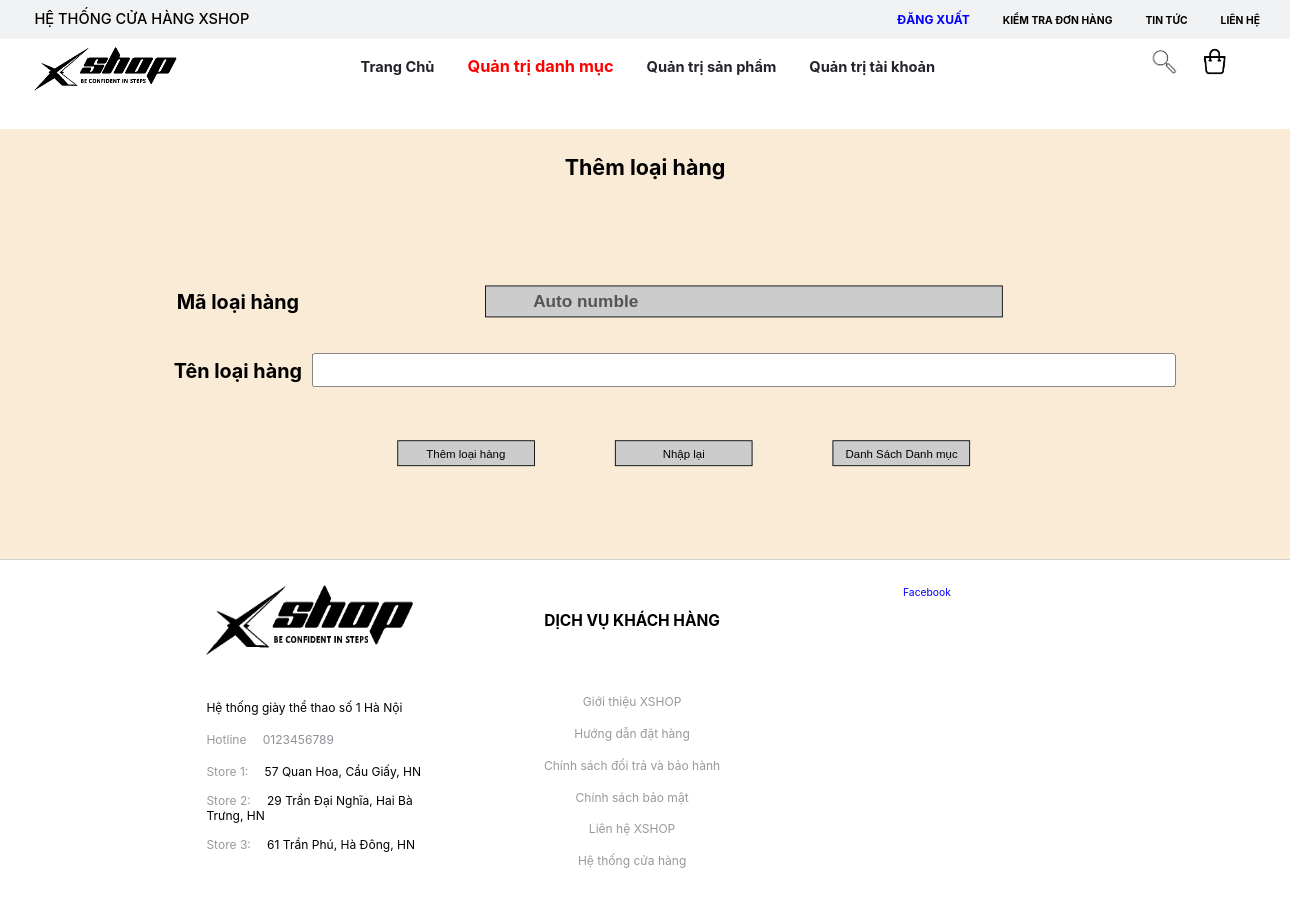
Repository: tienaq123/dam
Page: http://localhost/ass/ad/themdanhmuc.php
An editor plug-in stored every save of this project. The page is shown before and after the next save, followed by the edit.
The browser window is 1280 px wide. The page is 1500 px wide, so the pictures cover 1500 px, including what lies to the right of the window. The pictures show the whole page, at 86% of full size.
The page is run by PHP 8.4 with error messages shown; the project is at /var/www/html/.

Above is the page before, as saved 2021-10-21 03:55:58.

### ad/themdanhmuc.php
<!DOCTYPE html>
<html lang="en">

<head>
    <meta charset="UTF-8">
    <meta http-equiv="X-UA-Compatible" content="IE=edge">
    <meta name="viewport" content="width=device-width, initial-scale=1.0">
    <title>Document</title>
    <link rel="stylesheet" href="../css/themdm.css">
</head>
<style>
    .main {
        margin-left: 200px;

    }
</style>

<body>


    <div id="wapper">

        <div id="topbar">
            <a href="#">
                <h2> HỆ THỐNG CỬA HÀNG XSHOP</h2>
            </a>
            <ul>
                <li><a class="active" style="color:blue; font-size: 14px;" href="../logout.php">ĐĂNG XUẤT</a></li>
                <li><a href="product.php">KIỂM TRA ĐƠN HÀNG</a></li>
                <li><a href="product.php">TIN TỨC</a></li>
                <li><a href="product.php">LIÊN HỆ</a></li>
            </ul>
        </div>
        <header id="header">
            <div id="logo">
                <a href="http://localhost/ass/"> <img src="../img/logo.png" alt="Logo"></a>
            </div>
            <div class="menu">
                <ul>
                    <li><a href="../home.php">Trang Chủ</a></li>
                    <li><a href="quantridanhmuc.php" style="color: red; font-size: 19px;">Quản trị danh mục</a></li>
                    <li><a href="quantrisanpham.php">Quản trị sản phẩm</a></li>
                    <li><a href="quantritaikhoan.php">Quản trị tài khoản</a></li>
                    <div id="nav">
                        <a href="product.php"> <img src="../img/search.png" alt=""></a>
                        <a href="product.php"><img src="../img/giohang.png" alt=""></a>
                    </div>
                </ul>

            </div>

        </header>

        <!-- END HEADER -->

        <main>
            <h2 style="font-size: 25px; padding-top: 30px; margin-left: 0px; margin-bottom: 100px;">Thêm loại hàng</h2>
            <form action="" method="POST">
                <table class="main">
                    <tr>
                        <td>
                            <Span style="font-size: 23px; font-weight:bold;">Mã loại hàng </Span>
                        </td>
                        <td>
                            <input style="margin: 20px 0px 20px 10px;  width: 600px; height: 35px; font-weight:bold; font-size: 20px; background-color: #ccc; border: 1px solid #000;" type="text" name="tendanhmuc" value="          Auto numble" disabled> <br>
                        </td>
                    </tr>
                    </tr>
                    <tr>
                        <td>
                            <Span style="font-size: 23px; font-weight:bold;">Tên loại hàng </Span>
                        </td>
                        <td>
                            <input style="margin: 20px 0px 20px 10px;  width: 1000px; height: 35px; font-weight:bold;" type="text" name="tendanhmuc"> <br>
                        </td>
                    </tr>


                </table>
                <input style="background-color: #ccc; width: 160px; height: 30px; margin:40px 0px 20px 90px; border: 1px solid #000;" type="submit" value="Thêm loại hàng" name="btn">
                <input style="background-color: #ccc; width: 160px; height: 30px; margin:40px 0px 20px 90px; border: 1px solid #000;" type="reset" value="Nhập lại" name="btn">

                <button style="background-color: #ccc; width: 160px; height: 30px; margin:40px 0px 20px 90px;border: 1px solid #000;"><a style="color: #000;" href="quantridanhmuc.php">Danh Sách Danh mục</a></button>

                <!-- <input style="margin: 20px 0px 20px 10px; " type="text" name="tendanhmuc"> <br>
                <input style="background-color: #ccc; width: 160px; height: 30px; margin:0px 0px 20px 90px;" type="submit" value="Thêm danh mục" name="btn"> -->
            </form>
            <?php
            include '../db.php';
            if (isset($_POST['btn'])) {
                $tendanhmuc = $_POST['tendanhmuc'];
                $sql = "insert into danhmuc values(null, '$tendanhmuc')";
                $kq = $conn->exec($sql);
                if ($kq == 1)
                    // echo "Thêm thành công danh mục!";
                    header("location:quantridanhmuc.php");
                else
                    echo "Không thêm được";
            }
            ?>
        </main>

        <!-- END MAIN -->

        <footer id="footer">
            <div id="logo_footer">
                <a href="#"><img src="../img/logo.png" alt=""></a>
                <p>Hệ thống giày thể thao số 1 Hà Nội</p>
                <p class="hotline"><span>Hotline</span> <a href="#">0123456789</a></p>
                <p><span>Store 1:</span> 57 Quan Hoa, Cầu Giấy, HN <br> <br> <span>Store 2:</span> 29 Trần Đại Nghĩa,
                    Hai Bà Trưng, HN <br> <br><span>Store 3:</span> 61
                    Trần Phú, Hà Đông, HN <br> <br> </p>
            </div>
            <div id="dichvu">
                <h2>DỊCH VỤ KHÁCH HÀNG</h2>
                <p><a href="#">Giới thiệu XSHOP</a> <br> </p>
                <p><a href="#">Hướng dẫn đặt hàng</a> <br> </p>
                <p><a href="#">Chính sách đổi trả và bảo hành</a> <br> </p>
                <p><a href="#">Chính sách bảo mật</a> <br> </p>
                <p><a href="#">Liên hệ XSHOP</a> <br> </p>
                <p><a href="#">Hệ thống cửa hàng</a></p>
            </div>

            <div id="facebook">
                <div id="fb-root"></div>
                <script async defer crossorigin="anonymous" src="https://connect.facebook.net/vi_VN/sdk.js#xfbml=1&version=v10.0&appId=256623368880552&autoLogAppEvents=1" nonce="aj8H3wq8"></script>
                <div class="fb-page" data-href="https://www.facebook.com/facebook" data-tabs="timeline" data-width="250" data-height="300" data-small-header="false" data-adapt-container-width="true" data-hide-cover="false" data-show-facepile="true">
                    <blockquote cite="https://www.facebook.com/facebook" class="fb-xfbml-parse-ignore"><a href="https://www.facebook.com/facebook">Facebook</a></blockquote>
                </div>
            </div>
        </footer>
    </div>
</body>

</html>

### db.php
<?php
    try {
        $conn=new PDO("mysql:host=localhost; dbname=dam;charset=utf8", "root", "");
    } catch (PDOException $e) {
        echo "Lỗi kết nối";
    }

### css/themdm.css
* {
    margin: 0;
    padding: 0;
}

body {
    font-family: -apple-system, BlinkMacSystemFont, 'Segoe UI', Roboto, Oxygen, Ubuntu, Cantarell, 'Open Sans', 'Helvetica Neue', sans-serif;
    font-size: 12px;
}

a {
    text-decoration: none;
    color: blue;
    list-style: none;
}

/* a:hover{
color: white;
} */

img {
    border: 0px;
}

header,
nav,
section,
aside,
article,
footer,
figure {
    display: block;
}

/* code page */

#wapper {
    width: 1500px;
    margin: auto;
    ;
    overflow: hidden;
}

#topbar {
    width: 1500px;
    height: 45px;
    background-color: #f1f2f4;
    float: left;
}

#topbar h2 {
    font-size: 17px;
    font-weight: 500;
    line-height: 45px;
    margin-left: 40px;
    color: #000;
    float: left;
}

#topbar ul {
    float: right;
}

#topbar ul li {
    display: inline-block;
    line-height: 45px;
    margin-right: 35px;
}

#topbar ul li a {
    color: #000;
    font-weight: bolder;
}

#topbar ul li a:hover {
    color: #775454;
}

#topbar ul li .active {
    color: cornflowerblue;
    font-size: 14px;
}

#header {
    width: 100%;
    height: 100px;
    background-color: #ffffff;
    padding: 10px 0 40px 0;
}

#header #logo img {
    float: left;
    width: 165px;
    height: 50px;
    color: #000;
    margin: 10px 0 0 40px;
}

#header .menu ul {
    text-align: center;
    margin-right: 50px;
    line-height: 66px;
}

#header .menu ul li {
    display: inline-block;
    margin-right: 35px;
}

#header .menu ul li a {
    font-size: 17px;
    font-weight: bold;
    color: #23232c;
}

#header .menu ul li a:hover {
    color: red;
}

#nav {
    float: right;
    line-height: 80px;
}

#nav img {
    width: 35px;
    height: 35px;
    margin-right: 20px;
}



main {
    text-align: center;
    min-height: 500px;
    background: antiquewhite;
}

.main{
    margin-left: 200px;
}



#footer {
    width: 1500px;
    border-top: 1px solid #ccc;
    display: grid;
    grid-template-columns: 1fr 1fr 1fr;
}

#footer #logo_footer {
    float: left;
}

#footer #logo_footer img {
    width: 240px;
    height: 80px;
    margin: 30px 0 30px 240px;
}

#footer #logo_footer a {
    color: #909097;
}

#footer #logo_footer span {
    color: #999999;
    margin-right: 15px;
}

#footer #logo_footer p {
    font-size: 14px;
    margin: 20px 0 20px 240px;
}

#footer #dichvu {
    text-align: center;
    margin: 60px 30px 40px 0;
}

#footer #dichvu h2 {
    margin-bottom: 75px;
}

#footer #dichvu p {
    margin-bottom: 20px;
}

#footer #dichvu p a {
    font-size: 14px;
    color: #999999;
}

#footer #facebook {
    margin: 30px 0 0 50px;
}

After the next save:
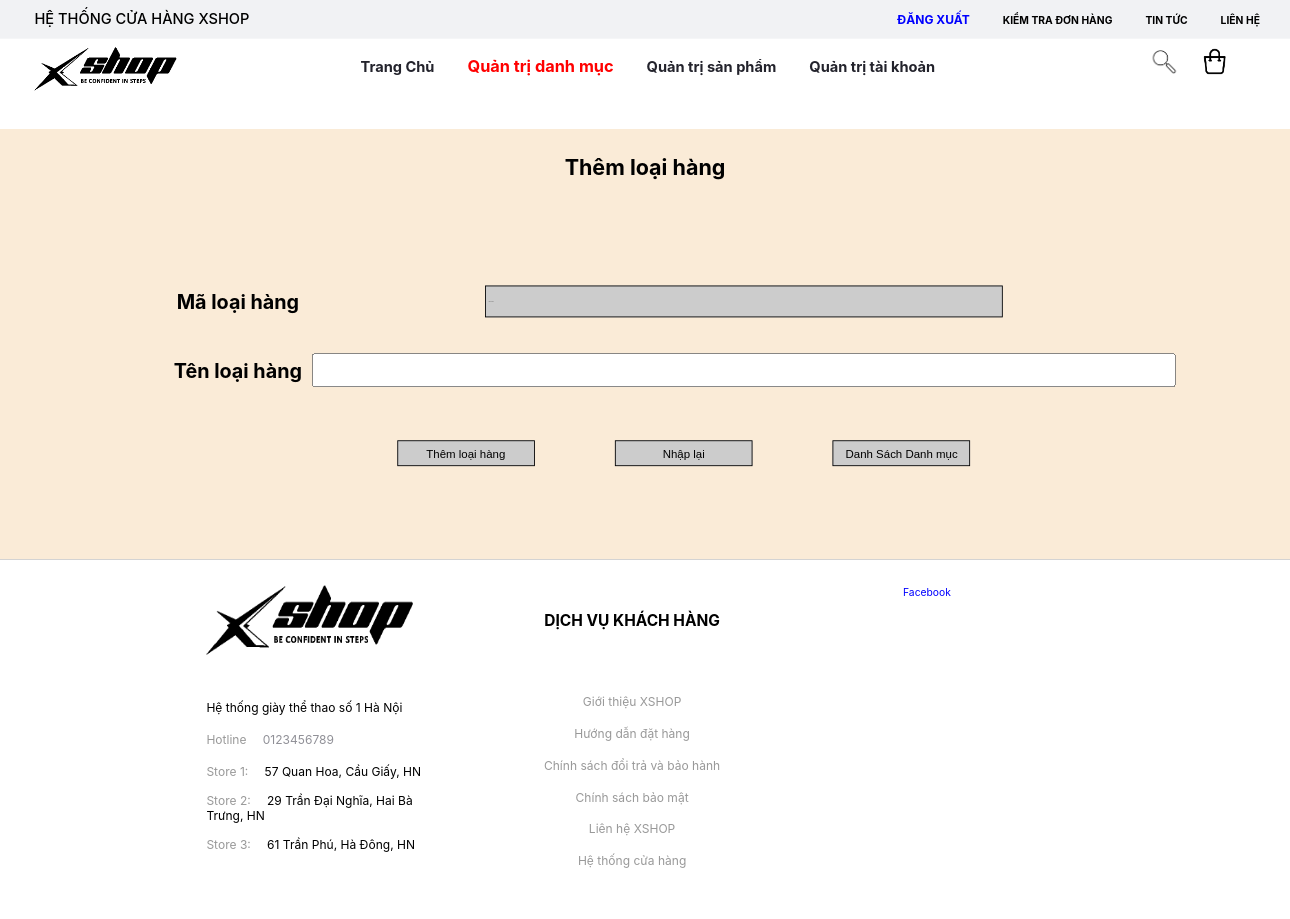
Saved 11 s later.
--- a/ad/themdanhmuc.php
+++ b/ad/themdanhmuc.php
@@ -62,7 +62,7 @@
                             <Span style="font-size: 23px; font-weight:bold;">Mã loại hàng </Span>
                         </td>
                         <td>
-                            <input style="margin: 20px 0px 20px 10px;  width: 600px; height: 35px; font-weight:bold; font-size: 20px; background-color: #ccc; border: 1px solid #000;" type="text" name="tendanhmuc" value="          Auto numble" disabled> <br>
+                            <input style="margin: 20px 0px 20px 10px;  width: 600px; height: 35px; font-weight:bold; font-size: 1px; background-color: #ccc; border: 1px solid #000;" type="text" name="tendanhmuc" value="          Auto numble" disabled> <br>
                         </td>
                     </tr>
                     </tr>
